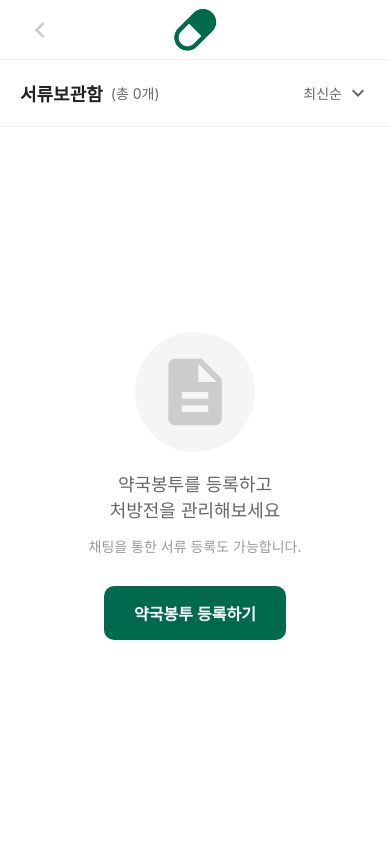
Repository: Sesac-icare/FrontEndiCare
Screen: /DocumentStorage (app in iCare/)
An editor plug-in stored every save of this project. The screen is shown before and after the next save, followed by the edit.
The app was drawn by React Native's web renderer in a window 390 px wide. The project was rebuilt for these pictures with package versions that can differ from the ones it lists, and the page was loaded fresh each time. Some packages were replaced by stand-ins written for this rebuild. Also part of the build but not shown: iCare/components/Header.js, iCare/components/Contents.js, iCare/components/HospitalList.js, iCare/components/PharmacyList.js, iCare/components/MyPage.js, iCare/components/auth/SignUp.js.

Above is the screen before, as saved 2025-02-06 12:51:47.

After the next save:
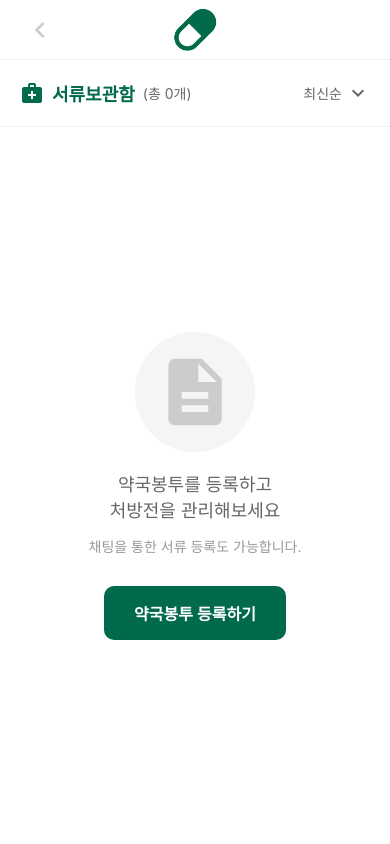
Saved 2 min 56 s later.
--- a/iCare/components/DocumentStorage.js
+++ b/iCare/components/DocumentStorage.js
@@ -33,6 +33,12 @@ export default function DocumentStorage() {
 
         <View style={styles.subHeader}>
           <View style={styles.titleContainer}>
+            <MaterialIcons
+              name="medical-services"
+              size={24}
+              color="#016A4C"
+              style={styles.titleIcon}
+            />
             <Text style={styles.headerTitle}>서류보관함</Text>
             <Text style={styles.documentCount}>(총 {totalDocuments}개)</Text>
           </View>
@@ -109,10 +115,13 @@ const styles = StyleSheet.create({
     flexDirection: "row",
     alignItems: "center"
   },
+  titleIcon: {
+    marginRight: 8
+  },
   headerTitle: {
     fontSize: 18,
     fontWeight: "bold",
-    color: "#222",
+    color: "#016A4C",
     marginRight: 8
   },
   documentCount: {
